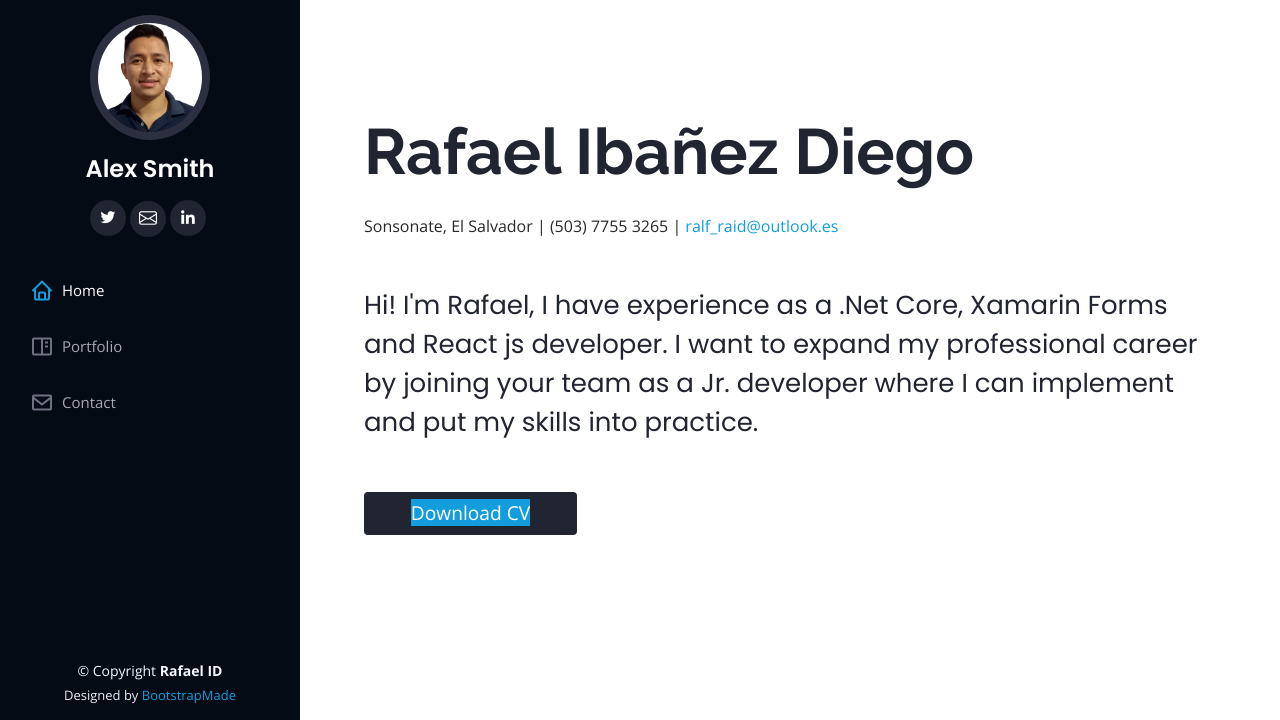
Repository: ralfId/myportfolio
Page: /
The author's editor kept a copy of each file at every save. The page is drawn from the files as they stood at one save, then again after the next save.
The browser window is 1280 px wide. The pictures show the whole page.
The pointer rests on the first visible `#hero button a`.
The project was rebuilt for these pictures with package versions that can differ from the ones it lists, and the page was loaded fresh each time. Also part of the build but not shown: src/data/projects.js, src/components/Projects/ProjectItem.js, src/components/Projects/ProjectIndex.js, src/helpers/ProjectById.js, src/components/Projects/ProjectDetail.js.

Above is the page before, as saved 2021-09-20 16:12:51.

After the next save:
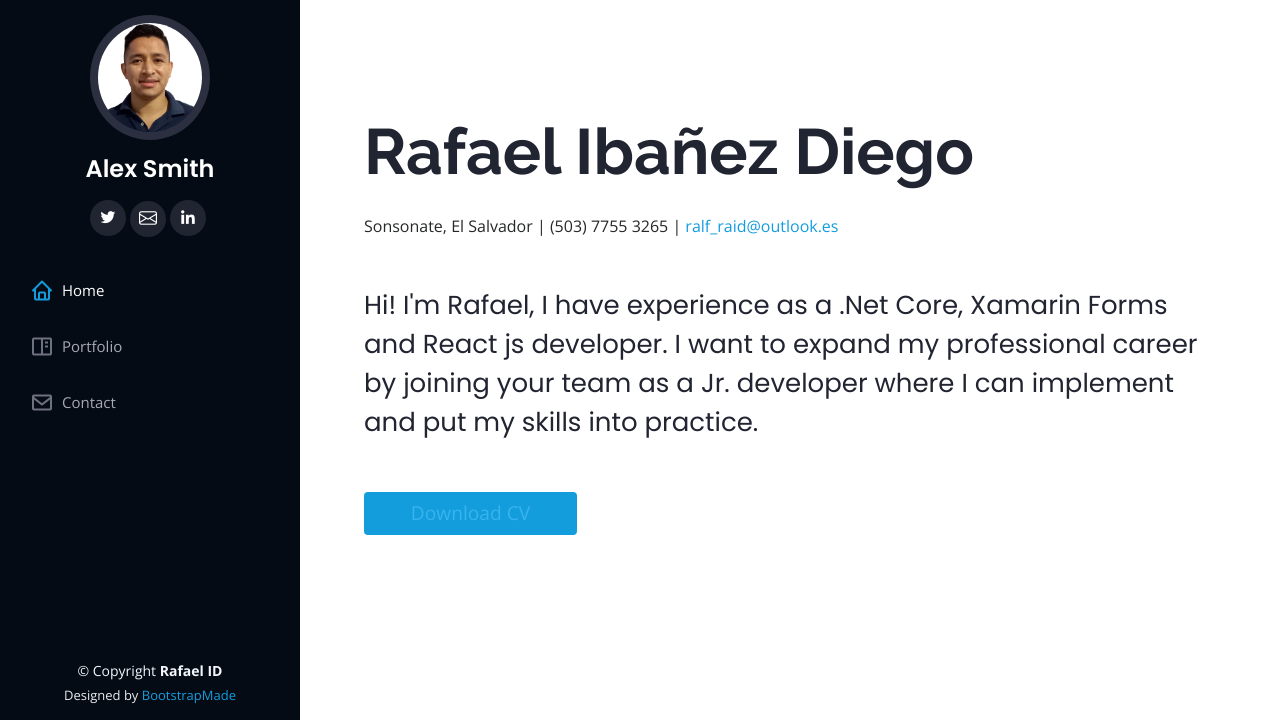
Saved 76 s later.
--- a/public/css/style.css
+++ b/public/css/style.css
@@ -261,7 +261,7 @@ h1, h2, h3, h4, h5, h6 {
   color: #fff;
   font-size: 1.2rem;
 }
-#hero button a:hover {
+#hero button:hover {
   background: #149ddd;
   color: #fff;
 }
